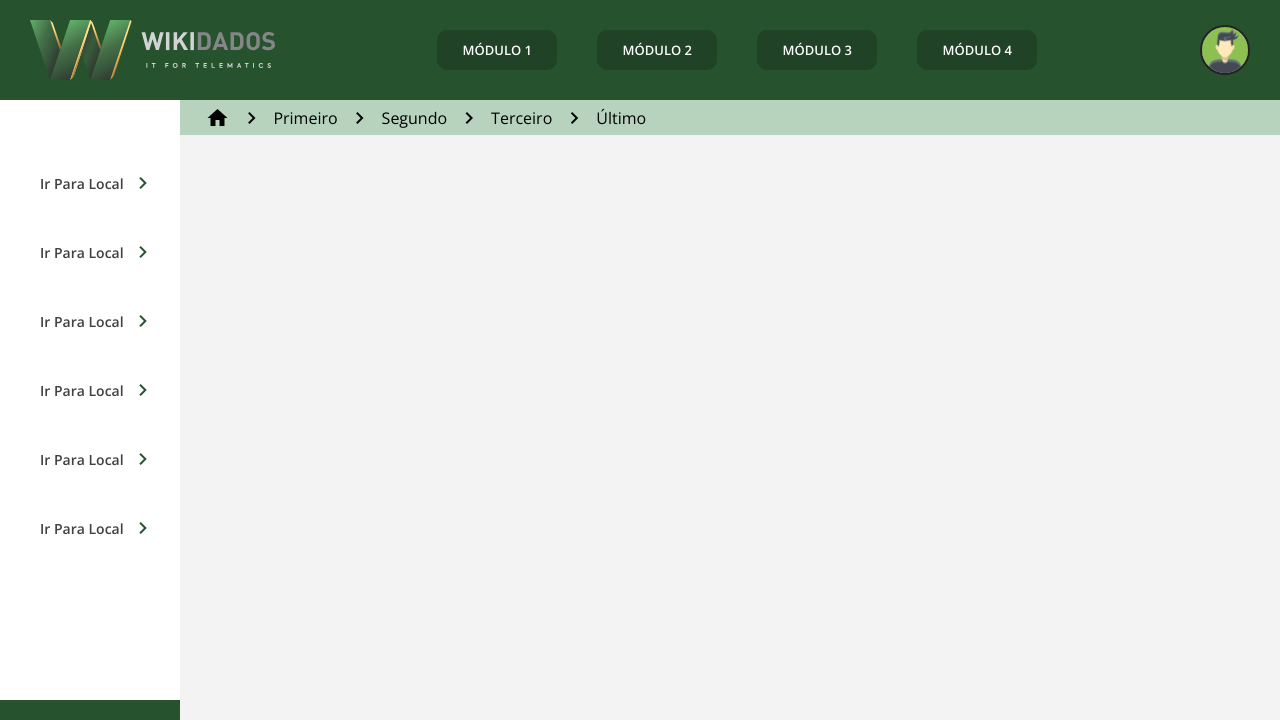
Repository: AlexDjon/alexdjon.github.io
Page: wiki-relayout/index.html
These files come from the project's save history. The page is drawn as it stood at one moment and after the next save; the edit follows.
The browser window is 1280 px wide. The pictures show the whole page.

Above is the page before, as saved 2020-08-12 15:48:08.

### wiki-relayout/index.html
<!DOCTYPE html>
<html lang="pt-br">

<head>
  <meta charset="UTF-8">
  <meta name="viewport" content="width=device-width, initial-scale=1.0">
  <title>Wiki - Relayout</title>

  <link rel="shotcut icon" href="https://wikidados.com.br/assets/wiki/img/logos/favicon.ico">
  <link href="https://fonts.googleapis.com/icon?family=Material+Icons" rel="stylesheet">
  <link href="https://fonts.googleapis.com/css2?family=Open+Sans:wght@400;600;700&display=swap" rel="stylesheet">
  <link rel="stylesheet" href="css/styles.css">
</head>

<body>
  <header class="cabecalho">
    <img src="img/logo.svg" alt="Logo Wiki" class="logo">

    <div class="modulos">
      <button>Módulo 1</button>
      <button>Módulo 2</button>
      <button>Módulo 3</button>
      <button>Módulo 4</button>
    </div>

    <button class="user">
    </button>
  </header>

  <aside class="areas">
    <ul>
      <li><i class="material-icons">donut_large</i> Editar perfil</li>
      <li><i class="material-icons">grade</i> Favoritos</li>
      <li><i class="material-icons">history</i> Histórico</li>
      <li><i class="material-icons">power_settings_new</i> Sair</li>
    </ul>
  </aside>

  <main class="conteudo">
    <nav class="navbar">
      <ul class="menu">
        <li>Ir para local <i class="material-icons">chevron_right</i></li>
        <li>Ir para local <i class="material-icons">chevron_right</i></li>
        <li>Ir para local <i class="material-icons">chevron_right</i></li>
        <li>Ir para local <i class="material-icons">chevron_right</i></li>
        <li>Ir para local <i class="material-icons">chevron_right</i></li>
        <li>Ir para local <i class="material-icons">chevron_right</i></li>
      </ul>
    </nav>

    <div class="meio">
      <div class="barra">
        <ul class="caminho">
          <li>
            <i class="material-icons">home</i>
          </li>
          <li>
            <i class="material-icons">chevron_right</i>
          </li>
          <li>
            Primeiro
          </li>
          <li>
            <i class="material-icons">chevron_right</i>
          </li>
          <li>
            Segundo
          </li>
          <li>
            <i class="material-icons">chevron_right</i>
          </li>
          <li>
            Terceiro
          </li>
          <li>
            <i class="material-icons">chevron_right</i>
          </li>
          <li>
            Último
          </li>
        </ul>
      </div>

    </div>

  </main>

  <script src="js/scripts.js"></script>
</body>

</html>

### wiki-relayout/css/styles.css
* {
  padding: 0;
  margin: 0;
  font-weight: 100%;
  font-family: 'Open Sans', sans-serif;
  border: 0;
  outline: 0;
  box-sizing: border-box;
}

body {
  background: #f3f3f3;
}

:root {
  --verdeW: #26522e;
  --verdeW2: #204226;
  --verdeW-semi: #b7d3bd;
  --verde: #32a852;
  --black: #232323;
  --black2: #414141;
  --white: #ffffff;
  --grey: #3b3b3b;
  --shadow: -4px 4px 8px 0px rgba(10, 10, 10, 0.27);
}

/* CABECALHO */
.cabecalho {
  width: 100%;
  height: 100px;
  background: var(--verdeW);
  padding: 10px 30px;
  display: flex;
  justify-content: space-between;
  align-items: center;
}

.cabecalho .logo {
  height: 60px;
}

.cabecalho .modulos {
  display: flex;
}
.cabecalho .modulos button {
  margin: 0 20px;
  width: 120px;
  height: 40px;
  border-radius: 10px;
  background-color: var(--verdeW2);
  color: var(--white);
  font-size: 13px;
  text-transform: uppercase;
  font-weight: 600;
  cursor: pointer;
  transition: filter 0.3s;
}
.cabecalho .modulos button:hover {
  filter: brightness(90%);
}
.cabecalho .user {
  height: 50px;
  width: 50px;
  border-radius: 50%;
  border: solid 2px var(--black);

  background-image: url(../img/avatar1.png);
  background-size: cover;
  background-position: center center;

  cursor: pointer;
}

/* AREAS */
.areas {
  display: none;
  min-width: 150px;
  position: absolute;
  top: 100px;
  right: 0;
  background-color: var(--white);
  box-shadow: var(--shadow);
}
.areas.ativo {
  display: block;
}
.areas ul {
  list-style: none;
  padding: 15px 20px;
}
.areas ul li {
  margin: 12px 0;
  font-size: 14px;
  color: var(--black2);

  display: flex;
  justify-content: flex-start;
  align-items: center;
  transition: color 0.3s;
  cursor: pointer;
}
.areas ul li:hover {
  color: var(--black);
}
.areas ul li i {
  margin-right: 8px;
  font-size: 17px;
  color: var(--verdeW);
}


/* NAVBAR */
.navbar {
  width: 210px;
  height: calc(100vh - 100px);
  background: var(--white);
  border-bottom: solid 20px var(--verdeW);
}
.navbar .menu {
  padding: 50px 0 50px 30px;
  display: flex;
  flex-direction: column;
  justify-content: flex-start;
  align-items: flex-start;
  list-style: none;
}
.navbar .menu li {
  margin: 14px 0;
  text-transform: capitalize;
  font-weight: 600;
  color: var(--black2);
  font-size: 14px;
  padding: 7px 3px 10px 10px;
  /* border-bottom: solid 1px var(--white);
  border-radius: 0 0 5px 0; */

  display: flex;
  justify-content: space-between;
  align-items: center;

  cursor: pointer;
}
.navbar .menu li i {
  margin-left: 7px;
  color: var(--black2);
}
.navbar .menu li i {
  color: var(--verdeW);
}


/* CONTEUDO */
.conteudo {
  width: 100%;
  height: calc(100vh - 100px);

  display: flex;
}

.meio {
  width: 100%;
  display: flex;
  flex-direction: column;
}

.meio .barra {
  width: 100%;
  height: 35px;
  padding: 0 20px;
  margin-bottom: 10px;
  background-color: var(--verdeW-semi);
}
/*
.meio .barra div#separator span i {
  margin: 0 5px;
  color: var(--verdeW);
} */
.meio .barra .caminho {
  height: 35px;
  display: flex;
  align-items: center;
  list-style: none;
}
.meio .barra .caminho li {
  display: flex;
  align-items: center;
  height: 35px;
  margin: 0 5px;
}

### wiki-relayout/js/scripts.js
function getItem(info) {
  return document.querySelector(info)
}

getItem('.user').addEventListener('click', () => {
  getItem('.areas').classList.toggle('ativo')
})

After the next save:
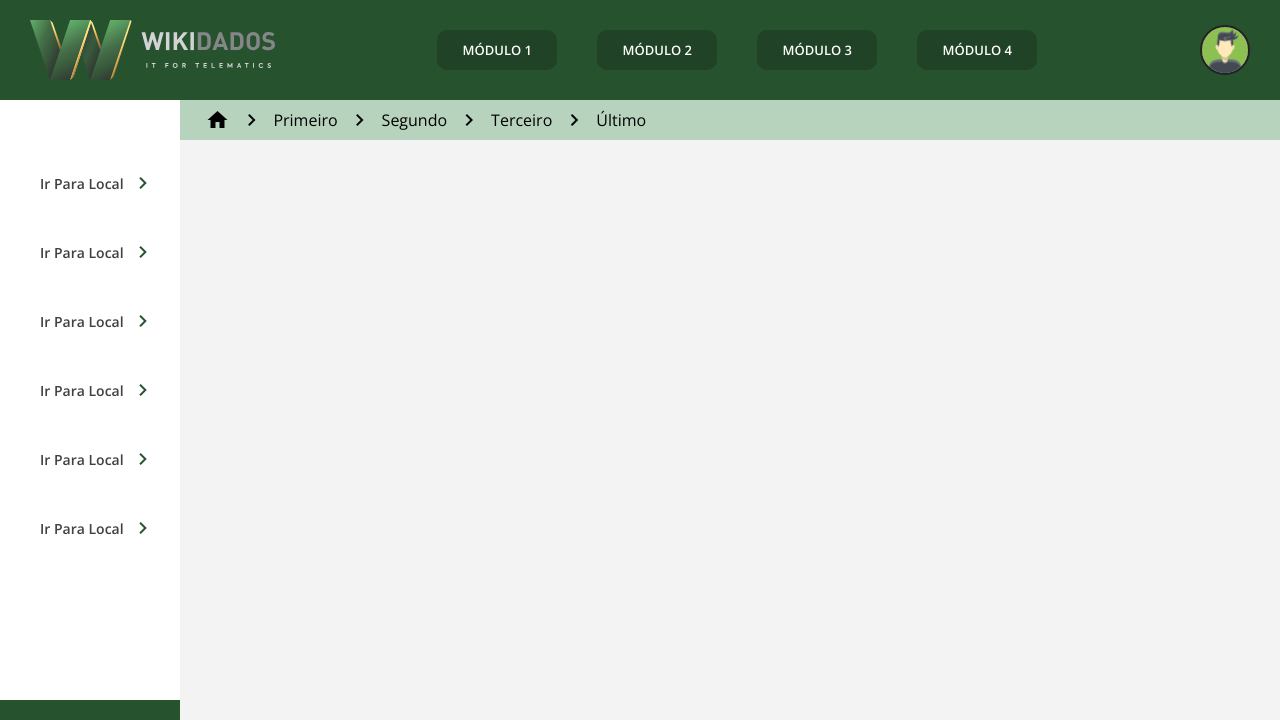
Saved 8 s later.
--- a/wiki-relayout/css/styles.css
+++ b/wiki-relayout/css/styles.css
@@ -165,7 +165,7 @@ body {
 
 .meio .barra {
   width: 100%;
-  height: 35px;
+  height: 40px;
   padding: 0 20px;
   margin-bottom: 10px;
   background-color: var(--verdeW-semi);
@@ -176,7 +176,7 @@ body {
   color: var(--verdeW);
 } */
 .meio .barra .caminho {
-  height: 35px;
+  height: 40px;
   display: flex;
   align-items: center;
   list-style: none;
@@ -184,6 +184,6 @@ body {
 .meio .barra .caminho li {
   display: flex;
   align-items: center;
-  height: 35px;
+  height: 40px;
   margin: 0 5px;
 }
